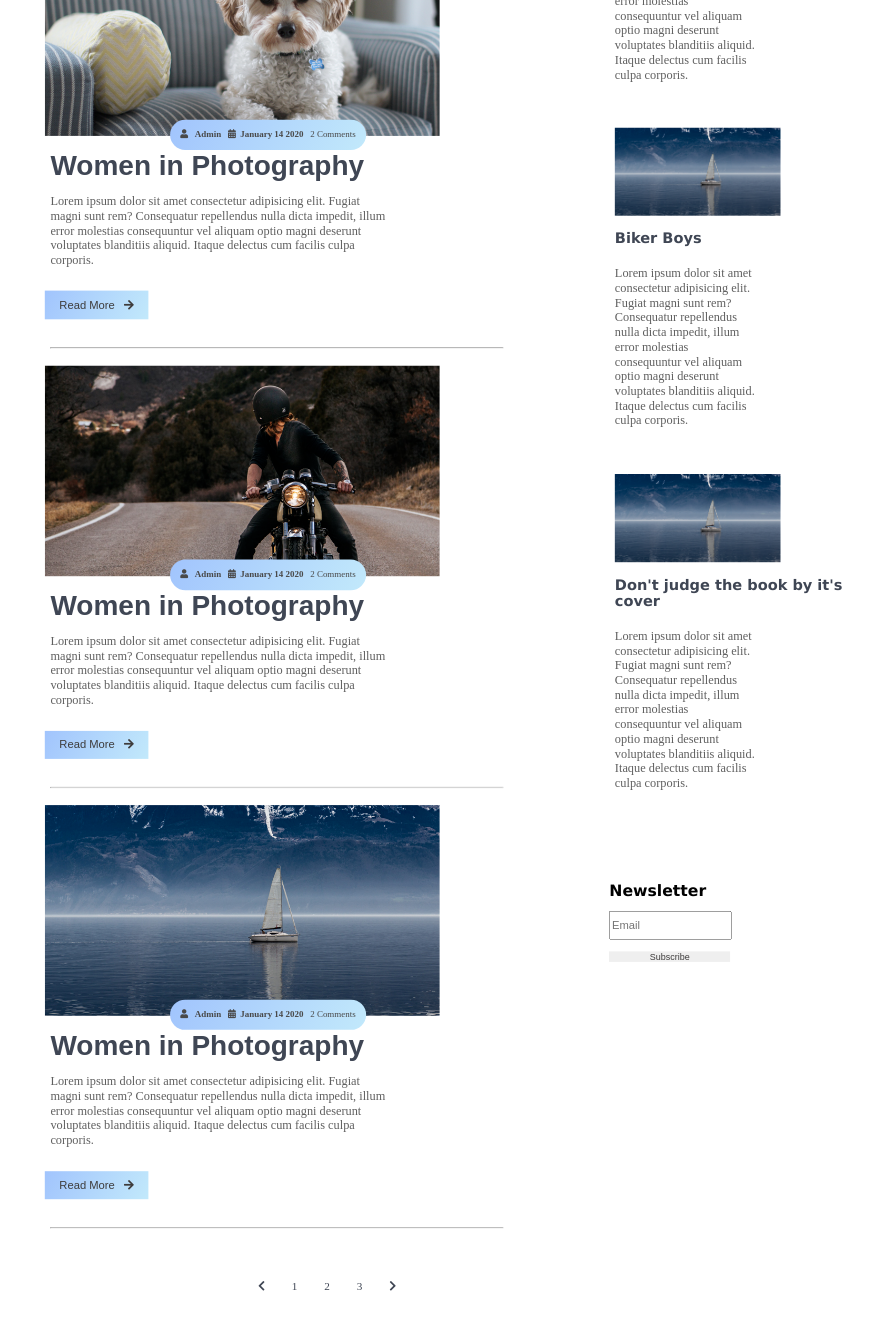
Repository: premjawaharp/Blogsite
Page: index.html
The author's editor kept a copy of each file at every save. The page is drawn from the files as they stood at one save, then again after a run of saves.
The browser window is 1280 px wide. The pictures show the part of the page from y = 2033 to 3953 px (the page is 3953 px tall), at 70% of full size.

Above is the page before, as saved 2020-09-16 21:44:23.

After the next 7 saves:
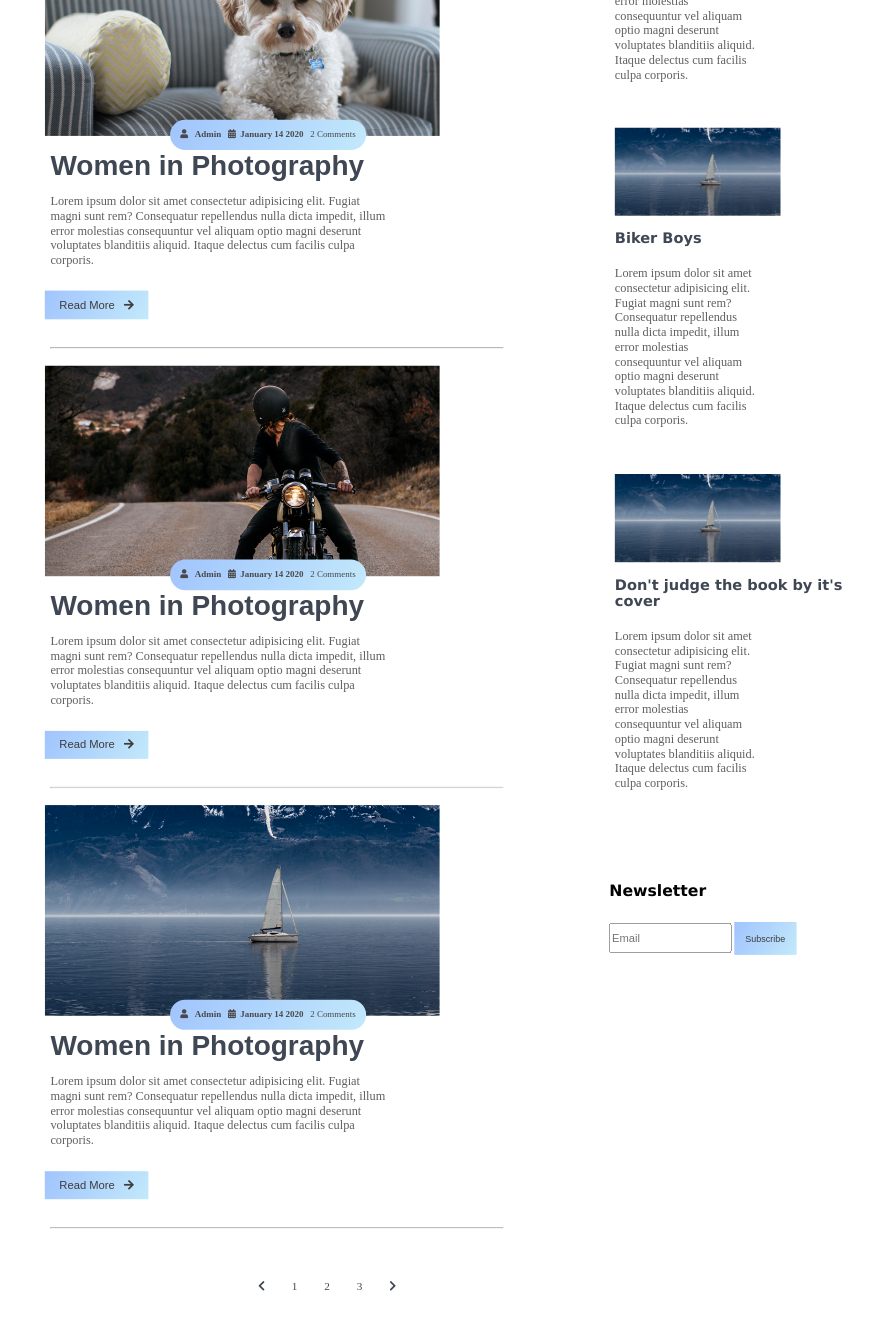
The 7 saves are shown as one change because they came seconds apart.
The last was saved 16 s later.
--- a/css/style.css
+++ b/css/style.css
@@ -401,14 +401,14 @@ main .post-content .post-btn {
     font-size: 1rem;
 }
 .news-inputs{
-    display: flex;
+    display: flex
     width: 50%;
     flex-direction: column;
 }
 main .news-letter .news-form .new-form-btn {
     border-radius: 0;
     margin-top: 1rem;
-    padding:1rem
+    padding:1rem;
     background: var(--water-sky);
     font-size:1vw;
 }
